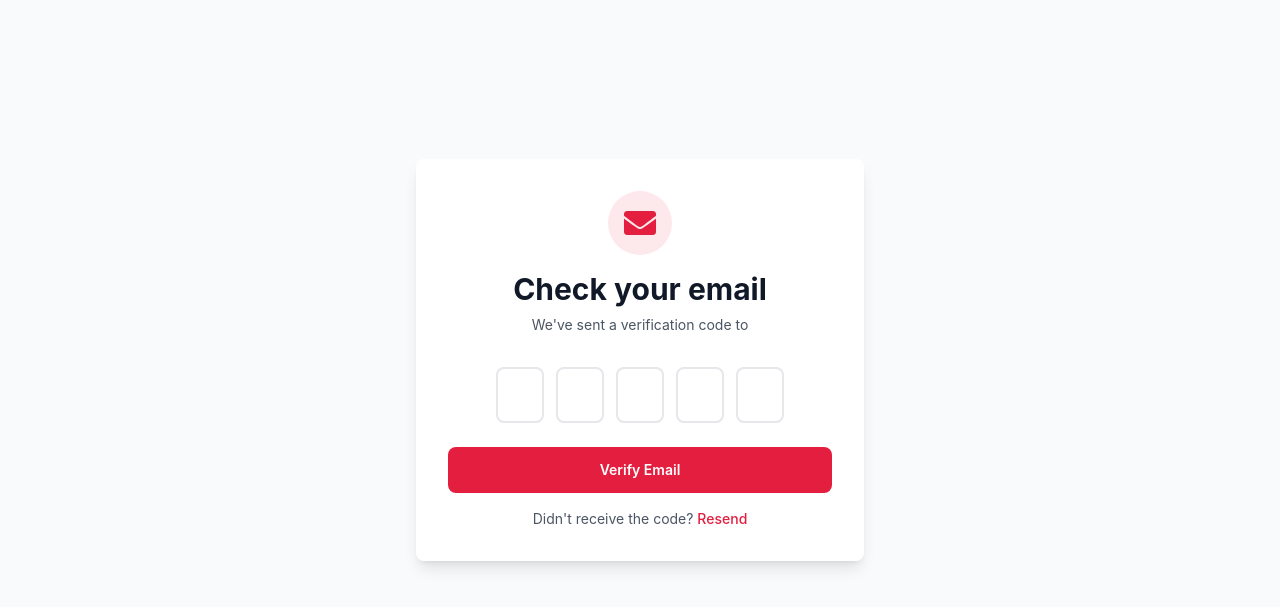
Repository: nguyenbathevien/KLTN
Page: /verify (app in FE/client/)
These files come from the project's save history. The page is drawn as it stood at one moment and after the next save; the edit follows.
The browser window is 1280 px wide. The pictures show the whole page.
The project was rebuilt for these pictures with package versions that can differ from the ones it lists, and the page was loaded fresh each time. Also part of the build but not shown: FE/client/vite.config.js, FE/client/src/components/common/Header/Header.jsx, FE/client/src/components/common/Footer/Footer.jsx, FE/client/src/components/common/Layout/TeacherLayout.jsx, FE/client/src/pages/teacher/DashboardTeacher.jsx, FE/client/src/pages/teacher/CourseManagement.jsx, FE/client/src/pages/teacher/Statistics.jsx, FE/client/src/pages/teacher/Profile.jsx and 24 more.

Above is the page before, as saved 2025-03-08 08:02:37.

After the next save:
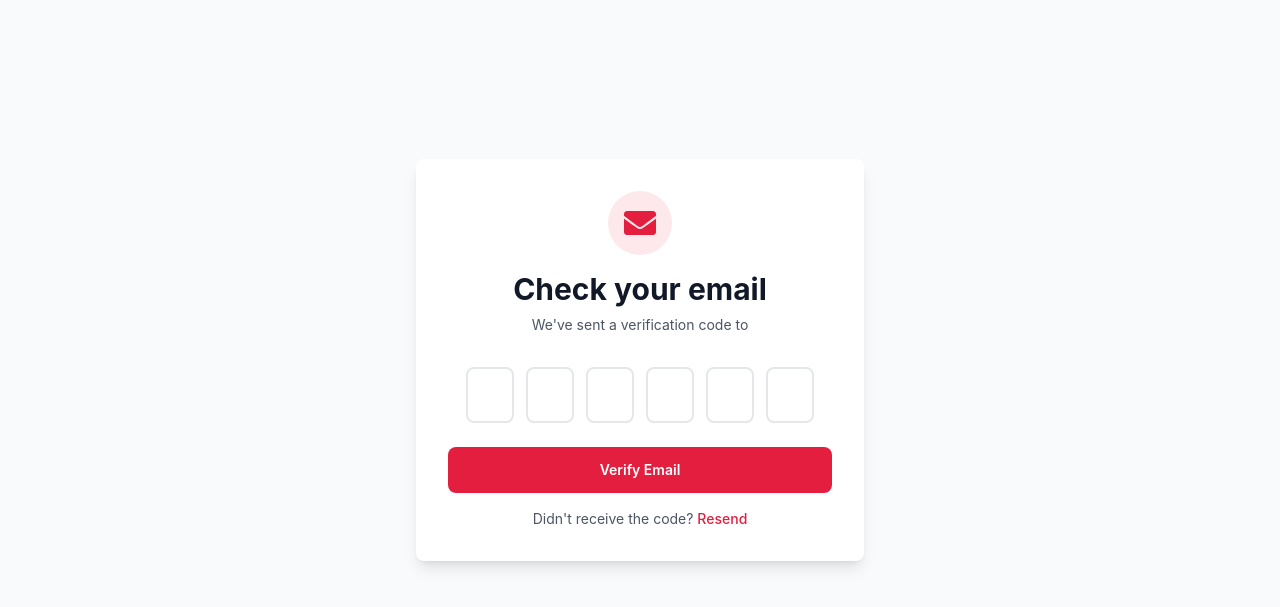
Saved 4 min 34 s later.
--- a/FE/client/src/pages/auth/Verify.jsx
+++ b/FE/client/src/pages/auth/Verify.jsx
@@ -5,6 +5,7 @@ import { FaEnvelope } from "react-icons/fa";
 
 const Verify = () => {
   const [verificationCode, setVerificationCode] = useState([
+    "",
     "",
     "",
     "",
@@ -35,7 +36,7 @@ const Verify = () => {
     newCode[index] = value;
     setVerificationCode(newCode);
 
-    if (value && index < 4) {
+    if (value && index < 5) {
       const nextInput = document.querySelector(
         `input[name="code-${index + 1}"]`
       );
@@ -48,11 +49,11 @@ const Verify = () => {
     const pastedData = e.clipboardData
       .getData("text")
       .replace(/[^\d]/g, "")
-      .slice(0, 5);
+      .slice(0, 6);
     const newCode = [...verificationCode];
 
     for (let i = 0; i < pastedData.length; i++) {
-      if (i < 5) newCode[i] = pastedData[i];
+      if (i < 6) newCode[i] = pastedData[i];
     }
 
     setVerificationCode(newCode);
@@ -71,7 +72,7 @@ const Verify = () => {
     e.preventDefault();
     const code = verificationCode.join("");
 
-    if (code.length !== 5) {
+    if (code.length !== 6) {
       setError("Please enter the complete verification code");
       return;
     }
